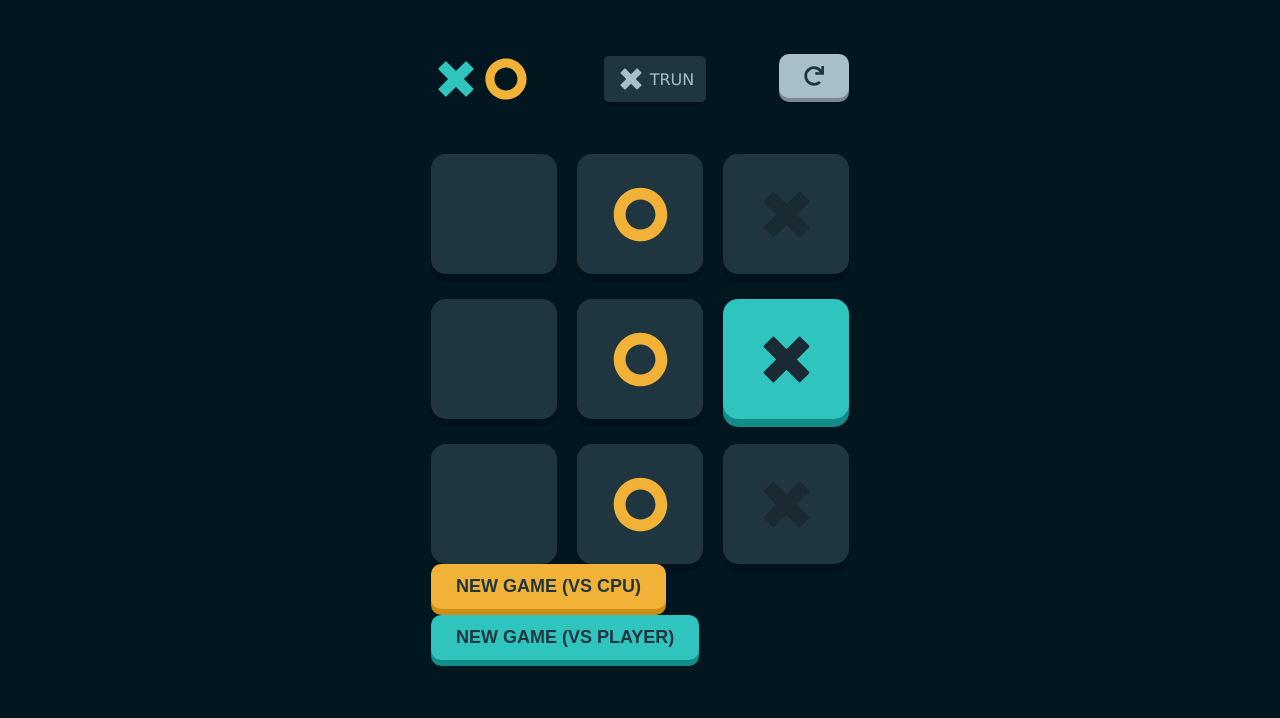
Repository: SD-Mdouka/XO_GAME
Page: /
These files come from the project's save history. The page is drawn as it stood at one moment and after the next save; the edit follows.
The browser window is 1280 px wide. The pictures show the whole page.
The project was rebuilt for these pictures with package versions that can differ from the ones it lists, and the page was loaded fresh each time. Also part of the build but not shown: src/component/start/Start.js.

Above is the page before, as saved 2022-08-29 16:40:42.

### src/index.css
* {
    padding: 0;
    margin: 0;
    box-sizing: border-box;
}

:root {
    --color-bg-dark: #192a33;
    --color-bg-light: #1f3640;
    --color-gray: #a8bec9;
    --color-gray-dark: #7a8991;
    --color-yellow: #f2b238;
    --color-yellow-dark: #cd8d16;
    --color-blue: #30c4be;
    --color-blue-dark: #128c89;
    --shadow-y: 6px;
}

html {
    font-family: "Lucida Sans", "Lucida Sans Regular", "Lucida Grande", "Lucida Sans Unicode", Geneva, Verdana, sans-serif;
    text-transform: uppercase;
    font-size: 16px;
}

body {
    background-color: var(--color-bg-dark);
    color: var(--color-gray);
}

.App {
    background-color: #021620;
    min-height: 100vh;
    display: flex;
    align-items: center;
    justify-content: center;
}

.container {
    max-width: 450px;
    width: 100%;
    margin-inline: auto;
    padding: 2rem 1rem;
}


/*utilites*/

.card {
    padding: 25px;
    display: flex;
    flex-direction: column;
    gap: 25px;
    border-radius: 15px;
    background-color: var(--color-bg-light);
    -webkit-border-radius: 15px;
    -moz-border-radius: 15px;
    -ms-border-radius: 15px;
    -o-border-radius: 15px;
    text-align: center;
}

.text-lg {
    font-size: 1.25rem;
}

.text-xl {
    font-size: 1.5rem;
}

.text-2xl {
    font-size: 1.725rem;
}

.text-light {
    color: var(--color-gray);
}

.text-blue {
    color: var(--color-blue);
}

.text-yellow {
    color: var(--color-yellow);
}

.btn {
    background-color: var(--color-gray);
    border: none;
    font-size: 1.125rem;
    font-weight: bold;
    padding: 12px 25px;
    text-transform: uppercase;
    cursor: pointer;
    border-radius: 10px;
    -webkit-border-radius: 10px;
    -moz-border-radius: 10px;
    -ms-border-radius: 10px;
    -o-border-radius: 10px;
    color: var(--color-bg-light);
    display: inline-block;
    box-shadow: 0 var(--shadow-y) 0 var(--color-gray-dark);
    margin-bottom: 6px;
    transition: all 0.2s;
    -webkit-transition: all 0.2s;
    -moz-transition: all 0.2s;
    -ms-transition: all 0.2s;
    -o-transition: all 0.2s;
}

.btn:hover {
    --shadow-y: 8px;
    transform: translateY(-2px);
    -webkit-transform: translateY(-2px);
    -moz-transform: translateY(-2px);
    -ms-transform: translateY(-2px);
    -o-transform: translateY(-2px);
}

.btn:active {
    --shadow-y: 4px;
    transform: translateY(2px);
    -webkit-transform: translateY(2px);
    -moz-transform: translateY(2px);
    -ms-transform: translateY(2px);
    -o-transform: translateY(2px);
}

.btn-yellow {
    background-color: var(--color-yellow);
    box-shadow: 0 var(--shadow-y) 0 var(--color-yellow-dark);
}

.btn-blue {
    background-color: var(--color-blue);
    box-shadow: 0 var(--shadow-y) 0 var(--color-blue-dark);
}

.btn-sm {
    --shadow-y: 4px;
}

.btn-sm:hover {
    --shadow-y: 6px;
}

.btn-sm:active {
    --shadow-y: 3px;
}

.shadow-gray {
    box-shadow: 0 8px 0 rgba(0, 0, 0, 0.2);
}

.shadow-blue {
    box-shadow: 0 8px 0 var(--color-blue-dark);
}

.shadow-yellow {
    box-shadow: 0 8px 0 var(--color-yellow-dark);
}


/* icons */

.icon {
    display: inline-block;
}

.icon svg {
    fill: var(--color-gray);
    height: 50px;
    width: 50px;
    vertical-align: middle;
}

.icon-sm svg {
    height: 30px;
    width: 30px;
}

.icon-lg svg {
    height: 65px;
    width: 65px;
}

.icon-yellow svg {
    fill: var(--color-yellow);
}

.icon-blue svg {
    fill: var(--color-blue);
}

.icon-dark svg {
    fill: var(--color-bg-dark);
}


/* Sarte */

.start {
    display: flex;
    flex-direction: column;
    gap: 25px;
}

.start__header {
    display: flex;
    align-items: center;
    justify-content: center;
}

.start__players {
    background-color: var(--color-bg-dark);
    padding: 10px;
    border-radius: 15px;
    -webkit-border-radius: 15px;
    -moz-border-radius: 15px;
    -ms-border-radius: 15px;
    -o-border-radius: 15px;
    display: flex;
    align-items: center;
    box-shadow: inset 0 0 8px rgba(0, 0, 0, 0.2);
}

.start__players span {
    width: 50%;
    display: flex;
    align-items: center;
    justify-content: center;
    padding: 15px 10px;
    border-radius: 10px;
    -webkit-border-radius: 10px;
    -moz-border-radius: 10px;
    -ms-border-radius: 10px;
    -o-border-radius: 10px;
    cursor: pointer;
}

.start__players--active {
    background-color: var(--color-gray);
    box-shadow: 0 0 8px rgba(255, 255, 255, 0.2);
}

.start__btns {
    display: flex;
    flex-direction: column;
    gap: 12px;
}


/* board */

.board__header {
    display: flex;
    justify-content: space-between;
    align-items: center;
    margin-bottom: 50px;
}

.board__turn {
    border-radius: 5px;
    background-color: var(--color-bg-light);
    -webkit-border-radius: 5px;
    -moz-border-radius: 5px;
    -ms-border-radius: 5px;
    -o-border-radius: 5px;
    padding: 8px 12px;
    align-items: center;
    display: flex;
    gap: 4px;
    box-shadow: 0 4px 0 rgba(0, 0, 0, 0.2);
}

.board__restart svg {
    height: 20px;
    display: flex;
    align-items: center;
    transform-origin: center;
    transition: all 0.3s;
    -webkit-transition: all 0.3s;
    -moz-transition: all 0.3s;
    -ms-transition: all 0.3s;
    -o-transition: all 0.3s;
}

.board__restart:active svg {
    transform: rotate(180deg);
    -webkit-transform: rotate(180deg);
    -moz-transform: rotate(180deg);
    -ms-transform: rotate(180deg);
    -o-transform: rotate(180deg);
}

.board__body {
    display: grid;
    grid-template-columns: repeat(3, 1fr);
    gap: 25px 20px;
}

.board__body .card {
    height: 120px;
    display: flex;
    align-items: center;
    justify-content: center;
    cursor: pointer;
    padding-inline: 10px;
}

.board__body .active.shadow-blue {
    background-color: var(--color-blue);
}

.board__body .active.shadow-yellow {
    background-color: var(--color-yellow);
}

.board__body .active.shadow-dark {
    background-color: var(--color-bg-dark);
}

### src/App.js
import Board from "./component/board/Board";
import Start from "./component/start/Start";

function App() {
  return (
    <div className="App">
      <div className="container">
        {/* <Start /> */}
        <Board />
      </div>
    </div>
  );
}

export default App;

### src/component/board/Board.js
import React from "react";
import Xicons from "../icons/Xicons";
import Oicons from "../icons/Oicons";
import Refrsh from "../icons/Refrsh";
import BorardCard from "./BorardCard";

const Board = () => {
  const squars = [" ", "o", "x", " ", "o", "x", " ", "o", "x"];
  return (
    <div className="board">
      <div className="board__header">
        <div>
          <Xicons />
          <Oicons />
        </div>
        <div className="board__turn">
          <Xicons color={"ligth"} size="sm" /> trun
        </div>
        <div>
          <button className="btn btn-sm board__restart">
            <Refrsh />
          </button>
        </div>
      </div>
      <div className="board__body">
        {squars.map((sq, ix) => (
          <BorardCard key={ix} index={ix} user={sq} active={ix === 5} />
        ))}
      </div>
      <div className="board__footer">
        <button className="btn btn-yellow">new game (vs CPU)</button>
        <button className="btn btn-blue">new game (vs Player)</button>
      </div>
    </div>
  );
};

export default Board;

### src/component/icons/Xicons.js
import React from "react";

const Xicon = ({ color, size }) => {
  return (
    <div
      className={`icon ${color ? "icon-" + color : "icon-blue"} ${
        size && "icon-" + size
      }`}
    >
      <svg
        version="1.1"
        id="Layer_1"
        x="0px"
        y="0px"
        width="100px"
        height="100px"
        viewBox="0 0 100 100"
      >
        <path
          d="M84.707,68.752L65.951,49.998l18.75-18.752c0.777-0.777,0.777-2.036,0-2.813L71.566,15.295
	c-0.777-0.777-2.037-0.777-2.814,0L49.999,34.047l-18.75-18.752c-0.746-0.747-2.067-0.747-2.814,0L15.297,28.431
	c-0.373,0.373-0.583,0.88-0.583,1.407c0,0.527,0.21,1.034,0.583,1.407L34.05,49.998L15.294,68.753
	c-0.373,0.374-0.583,0.88-0.583,1.407c0,0.528,0.21,1.035,0.583,1.407l13.136,13.137c0.373,0.373,0.881,0.583,1.41,0.583
	c0.525,0,1.031-0.21,1.404-0.583l18.755-18.755l18.756,18.754c0.389,0.388,0.896,0.583,1.407,0.583c0.511,0,1.019-0.195,1.408-0.583
	l13.138-13.137C85.484,70.789,85.484,69.53,84.707,68.752z"
        />
      </svg>
    </div>
  );
};

export default Xicon;

### src/component/icons/Oicons.js
import React from "react";

const Oicon = ({ color, size }) => {
  return (
    <div
      className={`icon ${color ? "icon-" + color : "icon-yellow"} ${
        size && "icon-" + size
      }`}
    >
      <svg
        version="1.1"
        id="Layer_1"
        x="0px"
        y="0px"
        viewBox="-169 -35 100 100"
      >
        <g>
          <path
            d="M-119,56.2c-22.7,0-41.2-18.5-41.2-41.2s18.5-41.2,41.2-41.2c22.7,0,41.2,18.5,41.2,41.2S-96.3,56.2-119,56.2z M-119-8
		c-12.7,0-23,10.3-23,23c0,12.7,10.3,23,23,23s23-10.3,23-23C-96,2.3-106.3-8-119-8z"
          />
        </g>
      </svg>
    </div>
  );
};

export default Oicon;

### src/component/icons/Refrsh.js
import React from "react";

const Refrsh = () => {
  return (
    <svg
      aria-hidden="true"
      focusable="false"
      data-prefix="fas"
      data-icon="redo"
      role="img"
      xmlns="http://www.w3.org/2000/svg"
      viewBox="0 0 512 512"
    >
      <path
        fill="currentColor"
        d="M500.33 0h-47.41a12 12 0 0 0-12 12.57l4 82.76A247.42 247.42 0 0 0 256 8C119.34 8 7.9 119.53 8 256.19 8.1 393.07 119.1 504 256 504a247.1 247.1 0 0 0 166.18-63.91 12 12 0 0 0 .48-17.43l-34-34a12 12 0 0 0-16.38-.55A176 176 0 1 1 402.1 157.8l-101.53-4.87a12 12 0 0 0-12.57 12v47.41a12 12 0 0 0 12 12h200.33a12 12 0 0 0 12-12V12a12 12 0 0 0-12-12z"
      ></path>
    </svg>
  );
};

export default Refrsh;

### src/component/board/BorardCard.js
import React from "react";
import Xicons from "../icons/Xicons";
import Oicons from "../icons/Oicons";

const BorardCard = ({ user = "nouser", active, index }) => {
  return (
    <div
      className={`card
      ${active && user === "x" && "shadow-blue"}
    ${active && user === "o" && "shadow-yellow"}
    ${!active ? "shadow-gray" : "active"}
    `}
    >
      {user === "x" && <Xicons color={"dark"} size="lg" />}
      {user === "o" && <Oicons size="lg" />}
    </div>
  );
};

export default BorardCard;

Loaded but not shown: public/index.html (common file); src/index.js (common file)

After the next save:
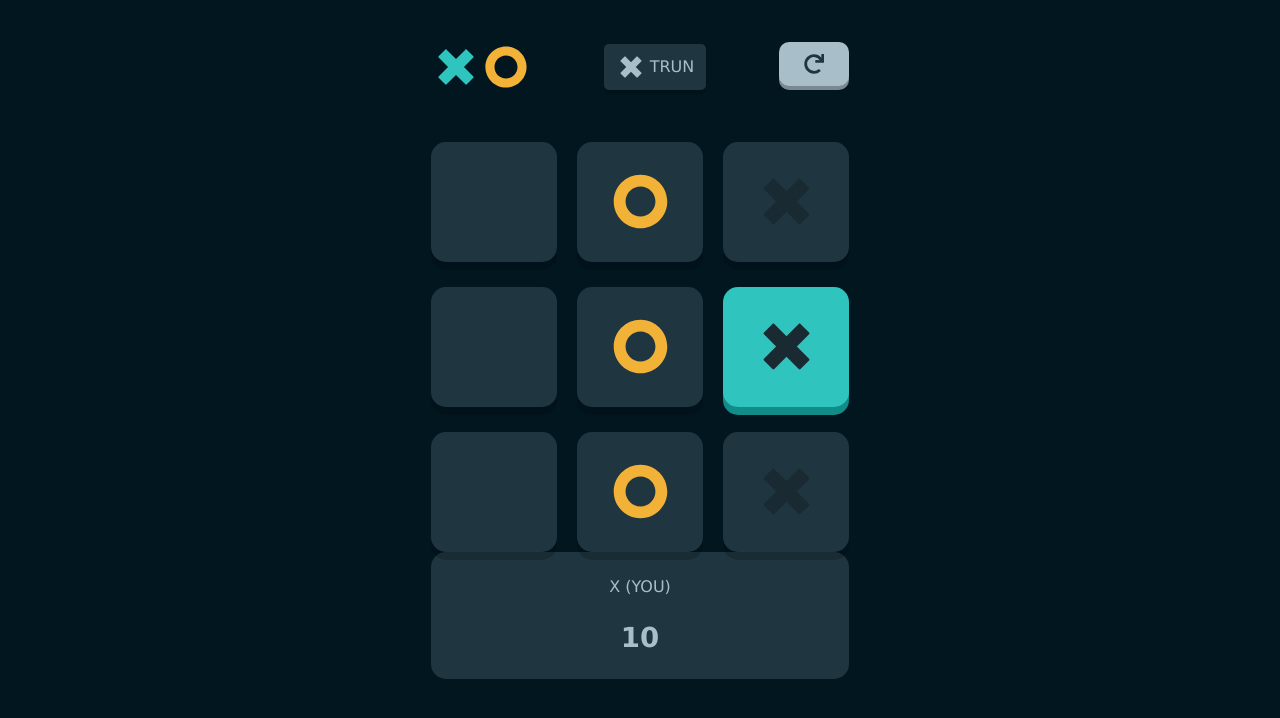
Saved 112 s later.
--- a/src/component/board/Board.js
+++ b/src/component/board/Board.js
@@ -28,8 +28,10 @@ const Board = () => {
         ))}
       </div>
       <div className="board__footer">
-        <button className="btn btn-yellow">new game (vs CPU)</button>
-        <button className="btn btn-blue">new game (vs Player)</button>
+        <div className="card bg-blue">
+          <p className="text-light">x (you)</p>
+          <strong className="text-2xl">10</strong>
+        </div>
       </div>
     </div>
   );
